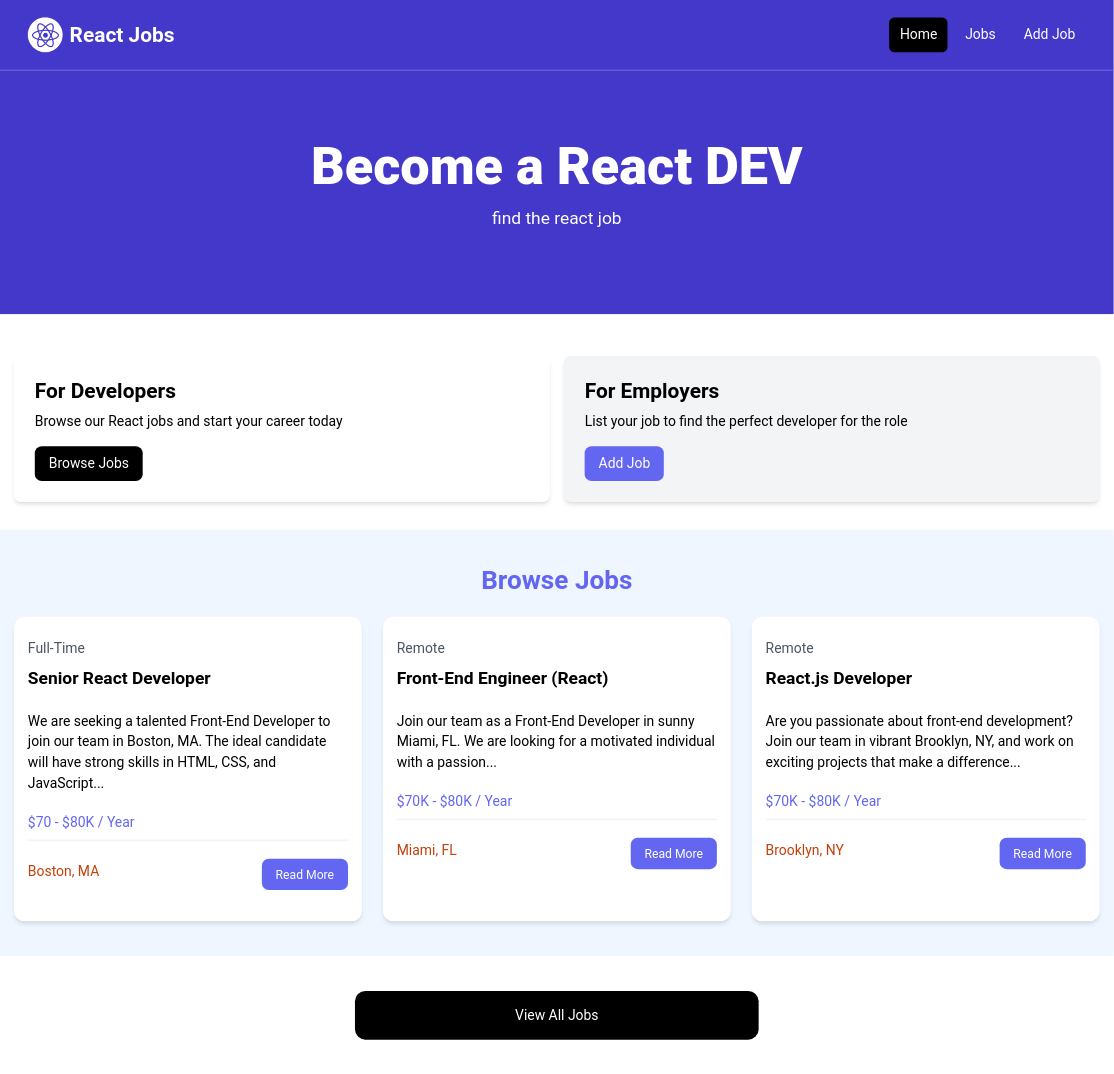
Repository: Geohot-2020/React_setup
Page: / (app in react-crash-2024/)
These files come from the project's save history. The page is drawn as it stood at one moment and after the next save; the edit follows.
The browser window is 1280 px wide. The pictures show the whole page, at 87% of full size.
The project was rebuilt for these pictures with package versions that can differ from the ones it lists, and the page was loaded fresh each time. Also part of the build but not shown: react-crash-2024/vite.config.js.

Above is the page before, as saved 2024-11-13 15:43:28.

After the next save:
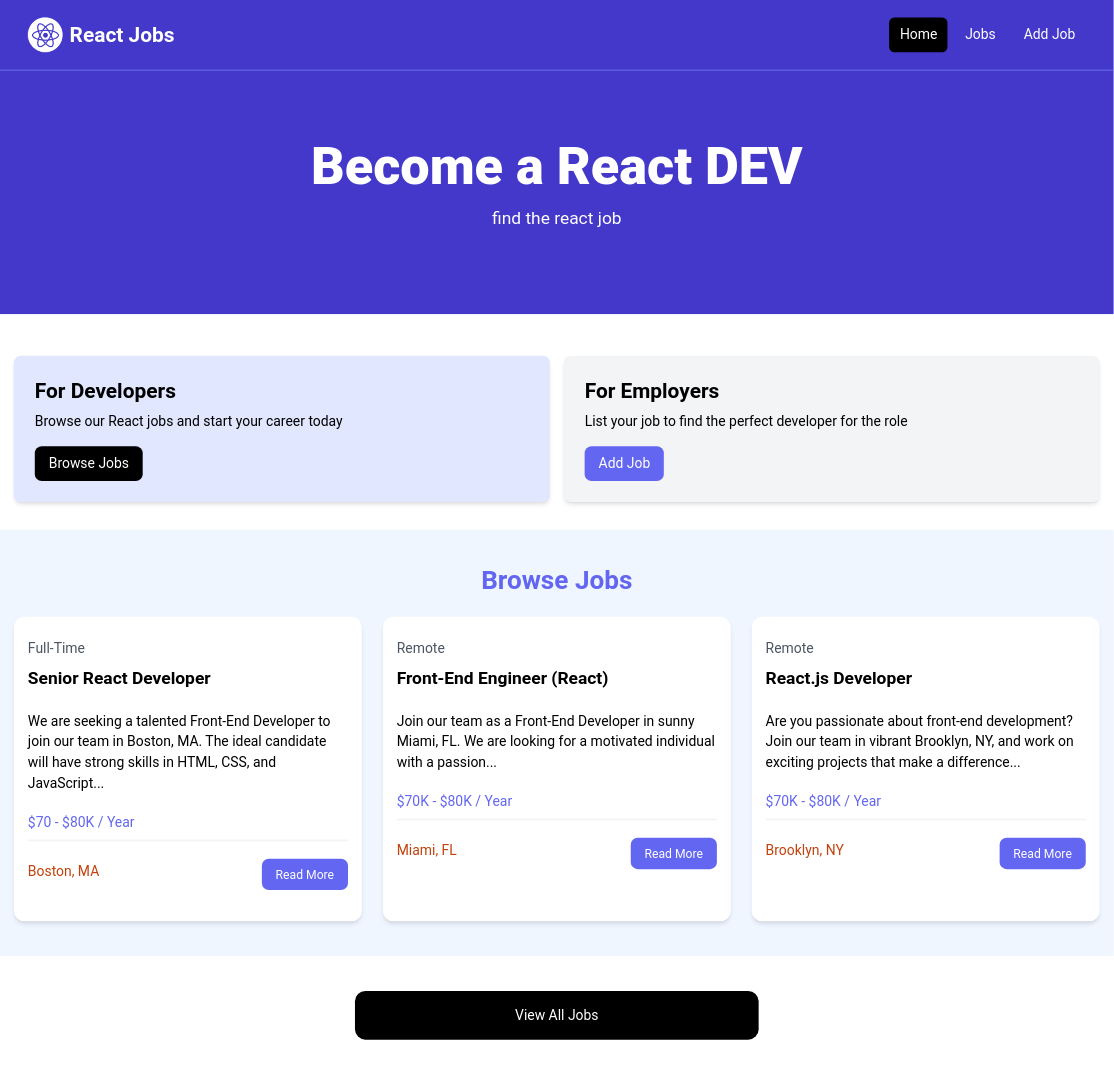
Saved 17 min 58 s later.
--- a/react-crash-2024/src/components/HomeCards.jsx
+++ b/react-crash-2024/src/components/HomeCards.jsx
@@ -6,7 +6,7 @@ const HomeCards = () => {
         <section className="py-4">
             <div className="container-xl lg:container m-auto">
                 <div className="grid grid-cols-1 md:grid-cols-2 gap-4 p-4 rounded-lg">
-                    <Card bg=''>
+                    <Card bg='bg-indigo-100'>
                         <h2 className="text-2xl font-bold">For Developers</h2>
                         <p className="mt-2 mb-4">
                             Browse our React jobs and start your career today
